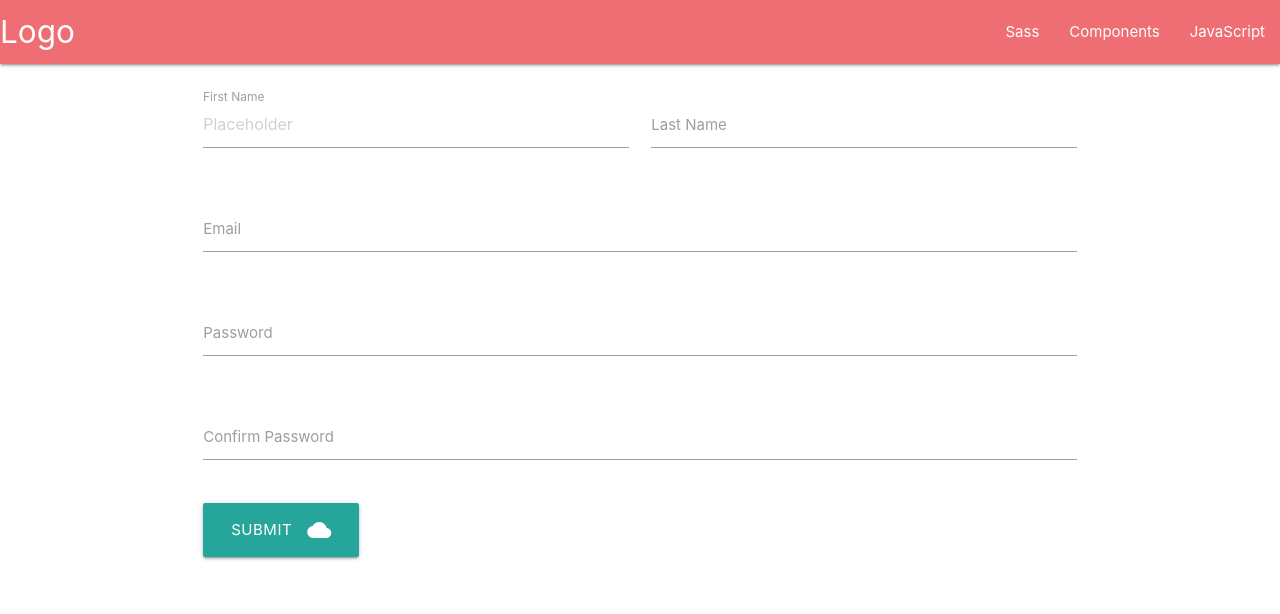
Repository: RavinakS/signup-page-html-js
Page: index.html
These files come from the project's save history. The page is drawn as it stood at one moment and after a run of saves; the edit follows.
The browser window is 1280 px wide. The pictures show the whole page.

Above is the page before, as saved 2021-12-13 11:45:07.

### index.html
<!DOCTYPE html>
<html lang="en">
<head>
    <meta charset="UTF-8">
    <meta http-equiv="X-UA-Compatible" content="IE=edge">
    <meta name="viewport" content="width=device-width, initial-scale=1.0">

    <title>Document</title>
    <link href="https://fonts.googleapis.com/icon?family=Material+Icons" rel="stylesheet">
    <link rel="stylesheet" href="https://cdnjs.cloudflare.com/ajax/libs/materialize/1.0.0/css/materialize.min.css">
    <script src="https://cdnjs.cloudflare.com/ajax/libs/materialize/1.0.0/js/materialize.min.js"></script>

</head>
<body>
    <nav>
        <div class="nav-wrapper">
          <a href="#" class="brand-logo">Logo</a>
          <ul id="nav-mobile" class="right hide-on-med-and-down">
            <li><a href="sass.html">Sass</a></li>
            <li><a href="badges.html">Components</a></li>
            <li><a href="collapsible.html">JavaScript</a></li>
          </ul>
        </div>
      </nav>
      <br/>
    <div class="container">
        <div class="row">
            <form class="col s12">
              <div class="row">
                <div class="input-field col s6">
                  <input placeholder="Placeholder" id="first_name" type="text" class="validate" name="firstName">
                  <label for="first_name">First Name</label>
                </div>
                <div class="input-field col s6">
                  <input id="last_name" type="text" class="validate" name="lastName">
                  <label for="last_name">Last Name</label>
                </div>
              </div>
              <div class="row">
                <div class="input-field col s12">
                  <input id="email" type="email" class="validate" name="email">
                  <label for="email">Email</label>
                </div>
              </div>
              <div class="row">
                <div class="input-field col s12">
                  <input id="password" type="password" class="validate" name="password">
                  <label for="password">Password</label>
                </div>
              </div>
              <div class="row">
                <div class="input-field col s12">
                  <input id="cPassword" type="password" class="validate" name="cPassword">
                  <label for="password">Confirm Password</label>
                </div>
              </div>
              <a class="waves-effect waves-light btn-large"><i class="material-icons right" type="submit">cloud</i>Submit</a>
            </form>

          </div>
    </div>
</body>

<script>
    const regexObject = {
        name: new RegExp(/^([a-zA-Z]{2,}\s[a-zA-Z]{1,}'?-?[a-zA-Z]{2,}\s?([a-zA-Z]{1,})?)/),
        email: new RegExp(/^\w+([\.-]?\w+)*@\w+([\.-]?\w+)*(\.\w{2,3})+$/),
        password: new RegExp(/^(?=.*[A-Za-z])(?=.*\d)[A-Za-z\d]{8,}$/)
    }

    const formValidation = () =>{
        const firstName = document.getElementById('first_name').value
        const lastName = document.getElementById('last_name').value
        const email = document.getElementById('email').value
        const password = document.getElementById('password').value
        const cPassword = document.getElementById('cPassword').value

    }
</script>

</html>

After the next 4 saves:
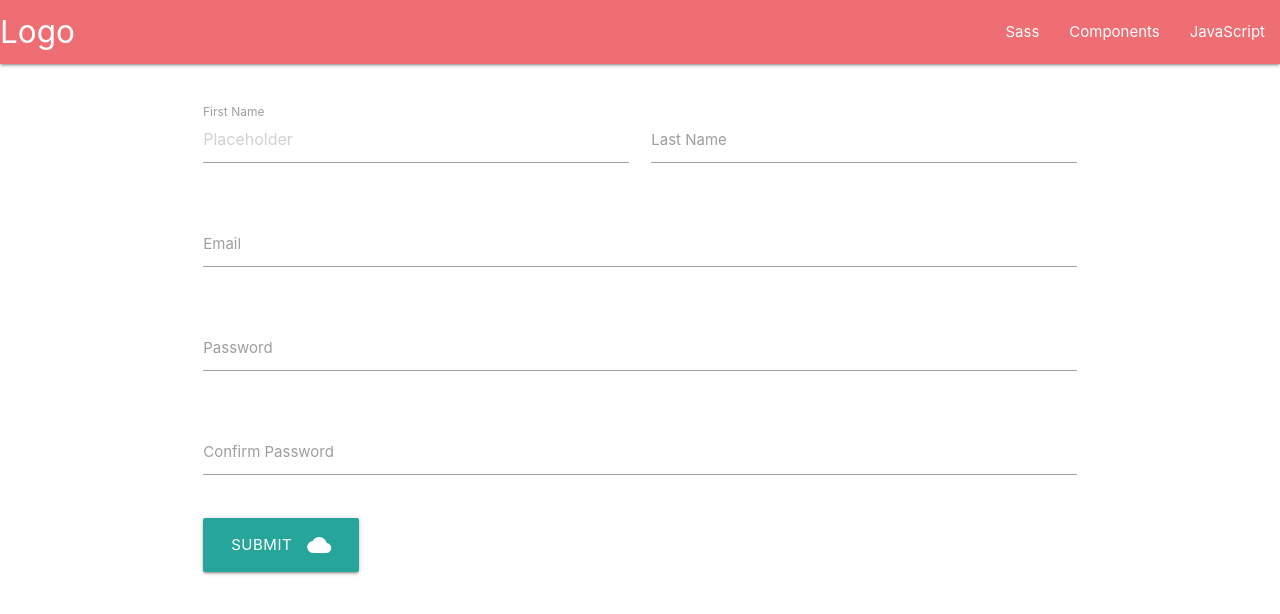
The 4 saves are shown as one change because they came seconds apart.
The last was saved 11 s later.
--- a/index.html
+++ b/index.html
@@ -56,7 +56,7 @@
               </div>
               <a class="waves-effect waves-light btn-large"><i class="material-icons right" type="submit">cloud</i>Submit</a>
             </form>
-
+            <p id="erro"
           </div>
     </div>
 </body>
